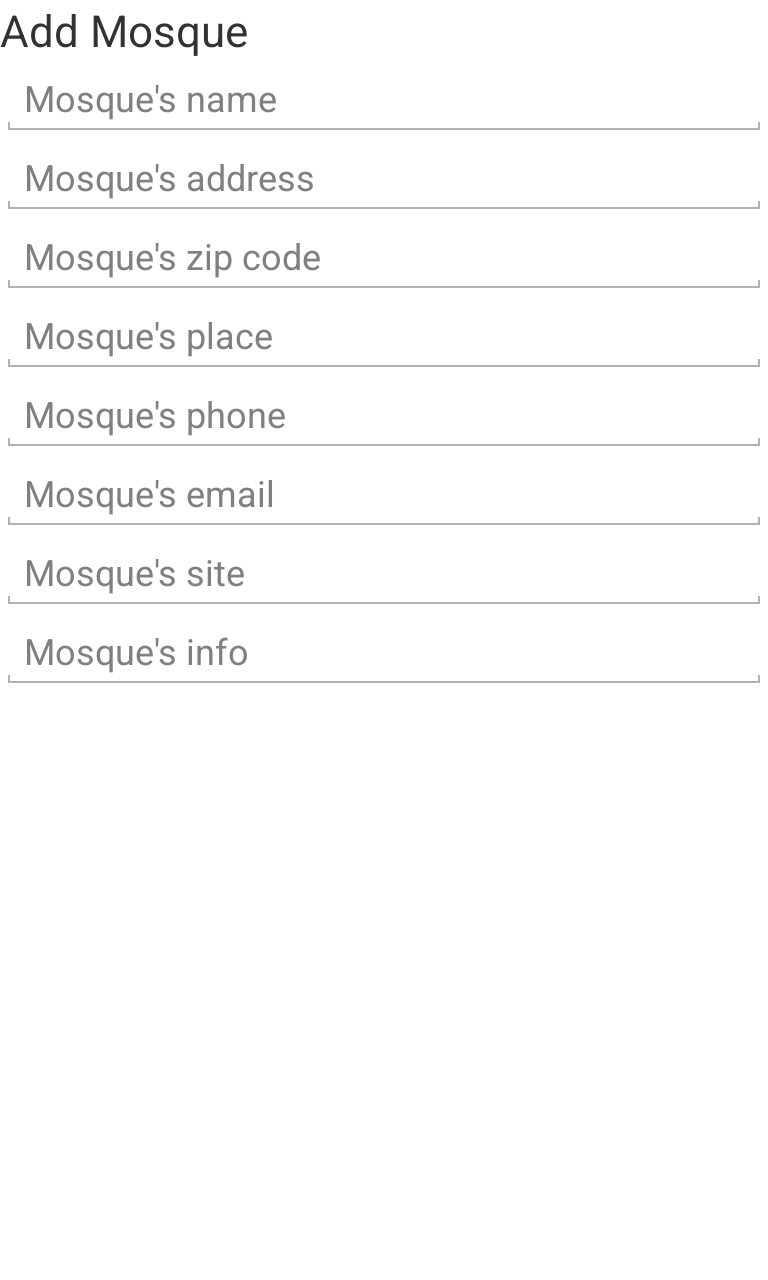
Repository: Osamah/Afstudeerwerk
Layout: NativeApp/SecondPillar/res/layout/activity_addmosque.xml
An editor plug-in stored every save of this project. The layout is shown before and after the next save, followed by the edit.
It is drawn on a 768 x 1280 px phone screen (xhdpi) without system bars, with theme AppTheme; the app's code is not run.

Above is the layout before, as saved 2013-01-02 13:54:14.

After the next save:
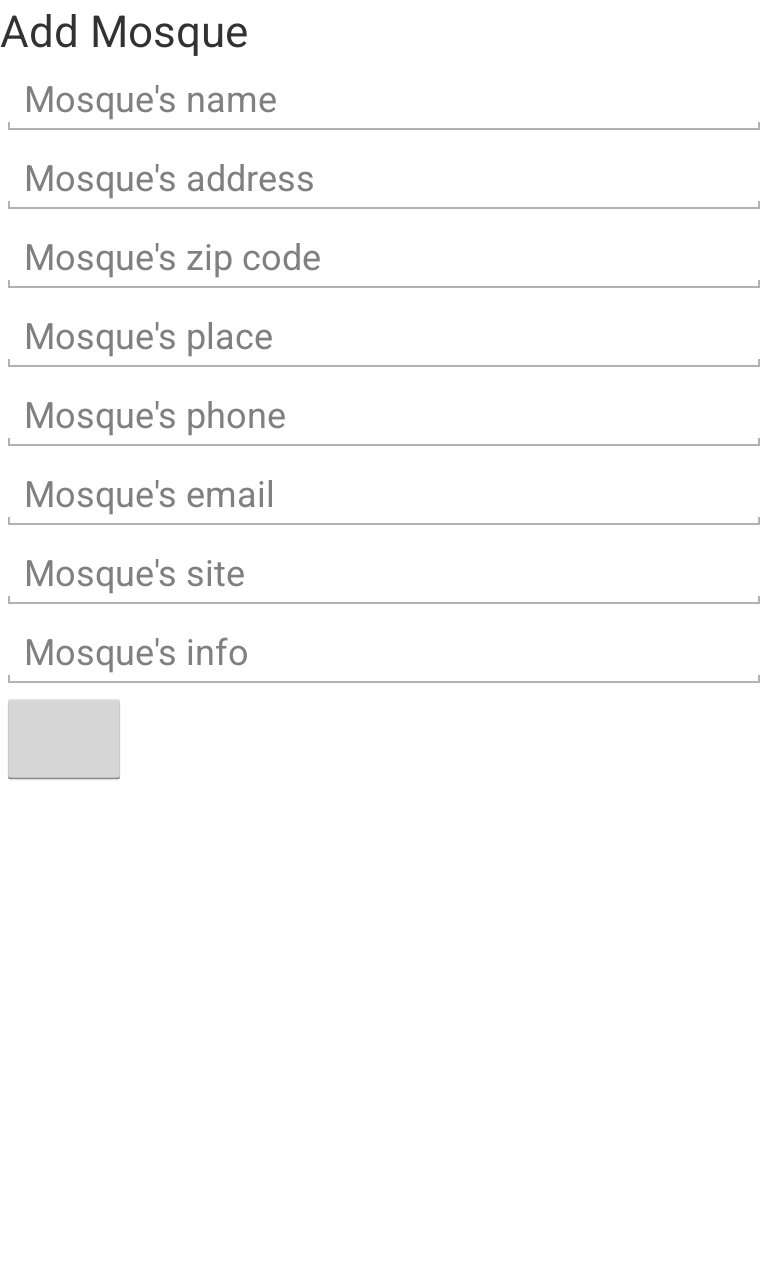
Saved 3 days later.
--- a/NativeApp/SecondPillar/res/layout/activity_addmosque.xml
+++ b/NativeApp/SecondPillar/res/layout/activity_addmosque.xml
@@ -86,6 +86,11 @@
             android:inputType="textMultiLine" >
 		</EditText>
 
+        <Button
+            android:id="@+id/btnAddMosque"
+            android:layout_width="wrap_content"
+            android:layout_height="wrap_content"
+            />
 
 
     </LinearLayout>
